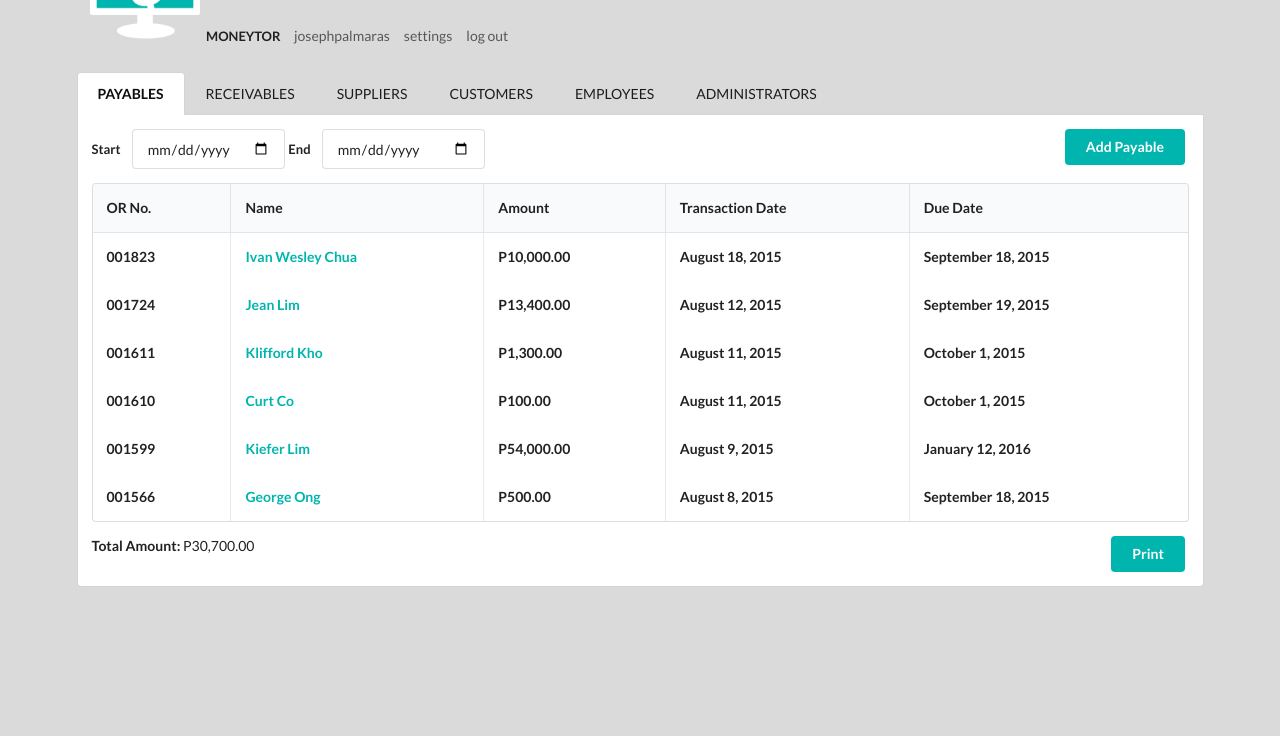
Repository: TV5/MoneyTor
Page: Workspace/MoneyTor/war/main.html
These files come from the project's save history. The page is drawn as it stood at one moment and after the next save; the edit follows.
The browser window is 1280 px wide. The pictures show the whole page.

Above is the page before, as saved 2015-08-18 16:16:06.

After the next save:
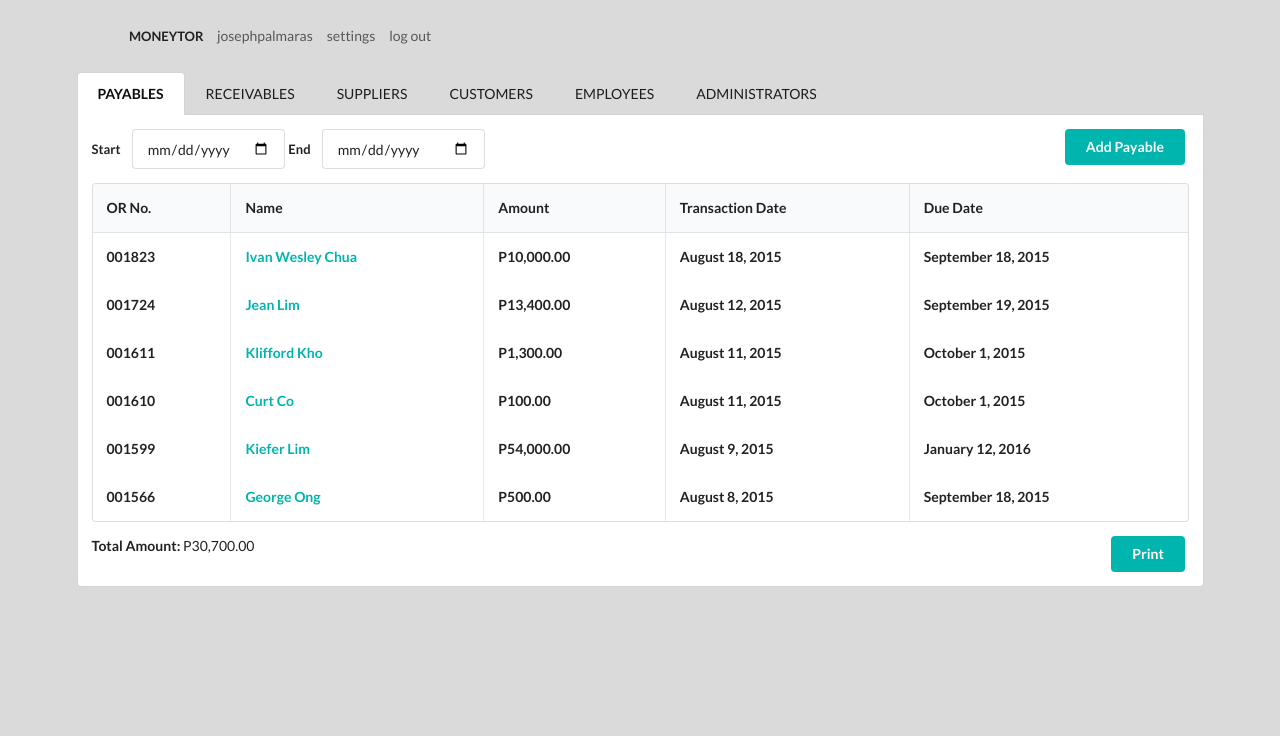
Saved 18 s later.
--- a/Workspace/MoneyTor/war/main.html
+++ b/Workspace/MoneyTor/war/main.html
@@ -66,7 +66,7 @@
 
 <div class="ui container">
 	<div class="ui text menu firstmenu" width="100%">
-	  <img src="assets/images/logo.png" class="ui image" style="width:10%;height:10%;padding-top:20px">
+	  <img src="assets/images/logo.png" class="ui image" style="width:3%;height:3%;padding-top:20px">
 	  <div class="header item">MONEYTOR </div>
 	  <a class="item">
 	    josephpalmaras
